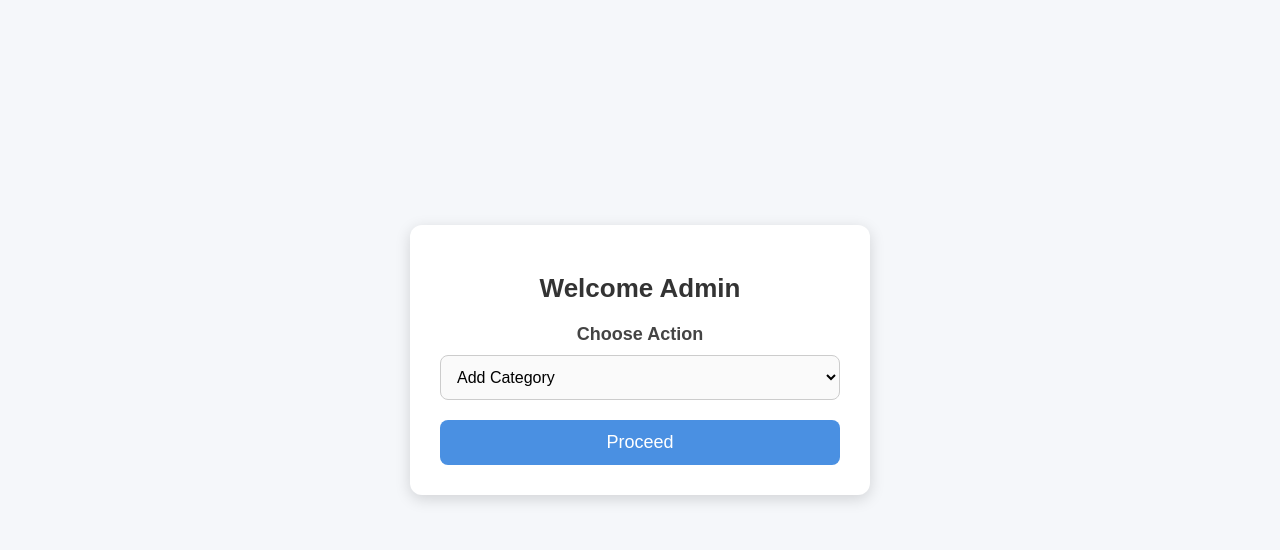
Repository: SarkarSubhajit/Advenced_Java
Page: FirstProject/src/main/webapp/welcome.html
The author's editor kept a copy of each file at every save. The page is drawn from the files as they stood at one save, then again after the next save.
The browser window is 1280 px wide. The pictures show the whole page.

Above is the page before, as saved 2025-12-05 21:21:50.

After the next save:
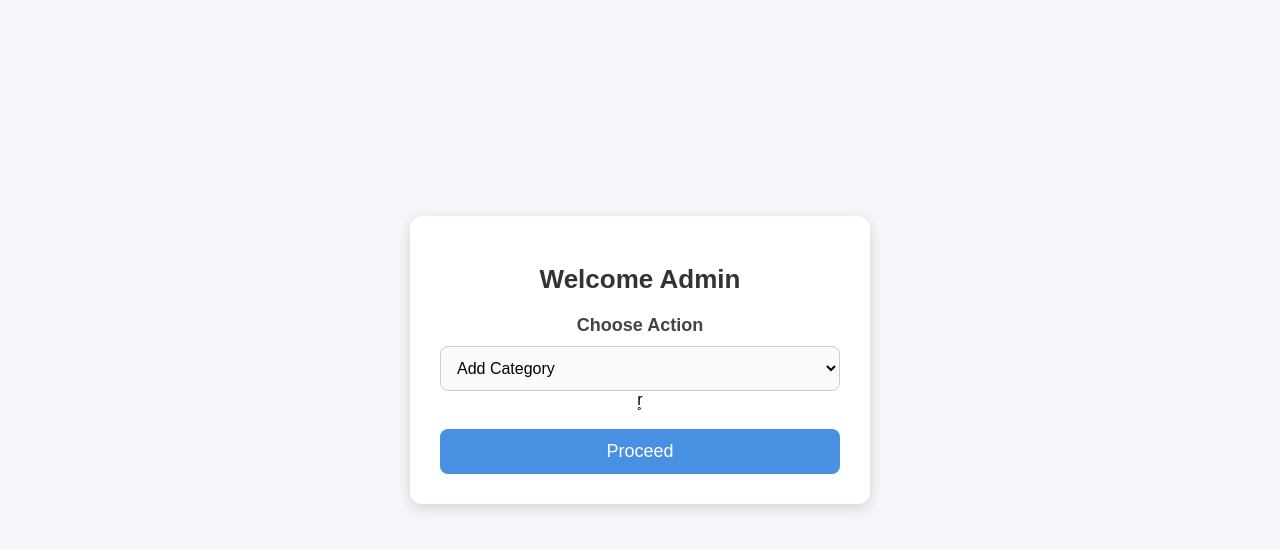
Saved 16 s later.
--- a/FirstProject/src/main/webapp/welcome.html
+++ b/FirstProject/src/main/webapp/welcome.html
@@ -87,7 +87,7 @@
                 <option value="deleteProduct">Delete Product</option>
                 <option value="showCategory">Show Category</option>
             </select>
-
+r̥
             <button class="btn" type="submit">Proceed</button>
         </form>
     </div>
